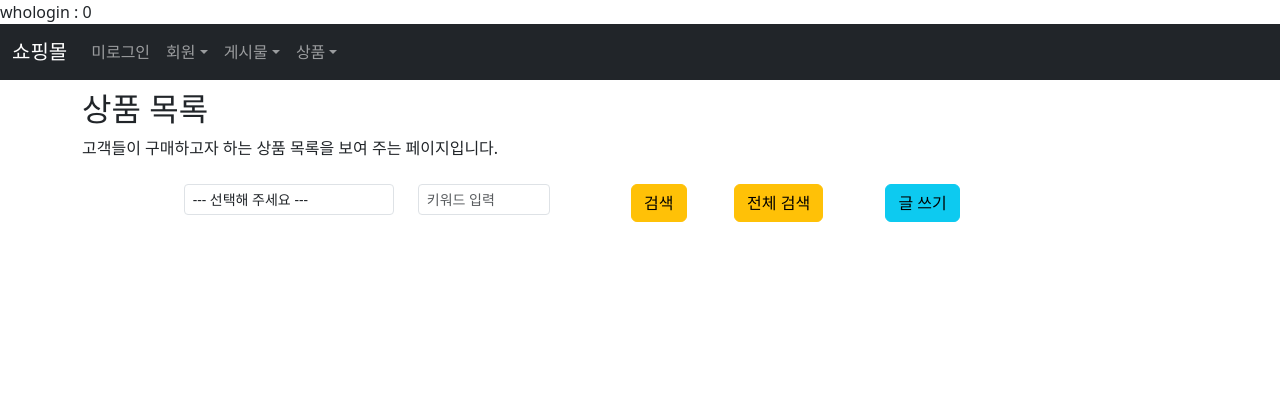
Repository: Sain-Clair/Team5
Page: http://localhost/Student/product/prList.jsp
An editor plug-in stored every save of this project. The page is shown before and after the next save, followed by the edit.
The browser window is 1280 px wide. The pictures show the whole page.
The page is served by Tomcat 9. Other server files are loaded and not shown. The template is opened directly, without the code that normally fills it, so the values that code supplies are empty.

Above is the page before, as saved 2023-09-07 03:48:51.

### Student/src/main/webapp/product/prList.jsp
<%@ page language="java" contentType="text/html; charset=UTF-8"
    pageEncoding="UTF-8"%>

<%@ include file="./../common/bootstrap5.jsp" %>
<%@ include file="./../common/common.jsp" %>
<!DOCTYPE html>
<html>
<head>
	<meta charset="UTF-8">
	<title>Insert title here</title>
	<script type="text/javascript">
		$(document).ready(function(){
			// Initialize popoveer
			var popoverTriggerList = [].slice.call(document.querySelectorAll('[data-bs-toggle="popover"]'))
			var popoverList = popoverTriggerList.map(function (popoverTriggerEl) {
  				return new bootstrap.Popover(popoverTriggerEl);
			});

		});
		/* select 선택 값 고정 */
		$(function() {
			var optionList = $('#mode option');
			for (var i = 0; i < optionList.length; i++) {
				if (optionList[i].value == '${requestScope.pageInfo.mode}') {
					optionList[i].selected = true;
				}
			}
			$('#keyword').val('${requestScope.pageInfo.keyword}');
		})

		function searchAll(){ //전체 검색
			location.href = '<%=notWithFormTag%>prList';
		}
		function writeForm() { // 글쓰기
			location.href = '<%=notWithFormTag%>prInsert';
		}
	</script>
	<style type="text/css">
		.container{margin-top: 10px;}
		/* table 셀의 수평 가운데 정렬 */
		.card{margin-left:auto;margin-right:auto;}
		.card-img-top{width:300px;height:300px;}
		.removeUnderLine{text-decoration-line: none;}
		#buttonList{margin-top:10px;}
		#updateAnchor, #deleteAnchor{opacity:0.8;}
	</style>
</head>
<body>
	<div class="container">
		<h2>상품 목록</h2>
		<p>고객들이 구매하고자 하는 상품 목록을 보여 주는 페이지입니다.</p>
		<table class="table table-borderless">
			<thead>
				<tr>
					<td colspan="7" align="right">
						<div class="row">
							<div class="col-sm-1"></div><!-- grid 화면을 12개로 분할. 그 중에 1 -->
							<div class="col-sm-10">
							<!-- //////////////// -->
								<form name="myform" action="<%=withFormTag%>" method="get">
									<input type="hidden" name="command" value="boList">
									<div class="row">
										<div class="col-sm-3 mode">
											<select class="form-control form-control-sm" id="mode" name="mode">
												<option value="all" selected="selected">--- 선택해 주세요 ---
												<option value="id">이름
												<option value="company">제조 회사
												<option value="category">카테고리
											</select>
										</div>
										<div class="col-sm-2 keyword">
											<input class="form-control form-control-sm" type="text" name="keyword" id="keyword" placeholder="키워드 입력">
										</div>
										<div class="col">
											<button type="submit" class="btn btn-warning form-control-sm" onclick="">검색</button>
										</div>
										<div class="col">
											<button type="button" class="btn btn-warning form-control-sm" onclick="searchAll();">전체 검색</button>
										</div>
										<div class="col">
											<button type="button" class="btn btn-info form-control-sm" onclick="writeForm();">글 쓰기</button>
										</div>
										<div class="col">${requestScope.pageInfo.pagingStatus}</div>
									</div>
								</form>
							<!-- //////////////// -->
							</div>
							<div class="col-sm-1"></div><!-- grid 화면을 12개로 분할. 그 중에 1 -->
						</div>
					</td>
				</tr>
			</thead>
			<tbody>
				<%-- from "product_column_size" in settings.txt file --%>
				<c:set var="colsu" value="${applicationScope.map['product_list_column_size']}"/>

				<c:forEach var="bean" items="${requestScope.datalist}" varStatus="status">
					<c:if test="${status.index mod colsu == 0}">
						<tr>
					</c:if>
					<td>
						<div class="card" style="width:19rem;">
							<a class="removeUnderLine"  href="prDetail02.jsp?pnum=${bean.pnum}">
								<img class="card-img-top" alt="${bean.name}" src="upload/${bean.image01}">
								<div class="card-body">
									<h5 class="card-title">${bean.name}</h5>
									<p class="card-text">
										<span data-bs-toggle="popover"
											title="${bean.name}"
											data-bs-trigger="hover"
											data-bs-content="${bean.contents}">
											<c:if test="${fn:length(bean.contents) >= 10}">
											 	${fn:substring(bean.contents, 0, 10)}...
											</c:if>
										</span>

										<c:if test="${fn:length(bean.contents) < 10}">
										 	${bean.contents}
										</c:if>
									</p>
	    							<c:if test="${whologin == 2}">
	    								<div id="buttonList">
	    									<a id="updateAnchor" class="btn btn-info" href="#">
		    									수정
		    								</a>
	    									<a id="deleteAnchor" class="btn btn-info" href="#">
		    									삭제
		    								</a>
	    								</div>
	    							</c:if>
								</div>
							</a>
						</div>
					</td>
					<c:if test="${status.index mod colsu == (colsu-1)}">
						</tr>
					</c:if>
				</c:forEach>
			</tbody>
		</table>
		${requestScope.pageInfo.pagingHtml}
	</div>
</body>
</html>

### Student/src/main/webapp/common/bootstrap5.jsp
<%@ page language="java" contentType="text/html; charset=UTF-8"
    pageEncoding="UTF-8"%>
<!DOCTYPE html>
<html>
<head>
	<meta charset="UTF-8">
	<meta name="viewport" content="width=device-width, initial-scale=1">
	<title>Insert title here</title>
	<!-- 이 파일은 부트 스트랩5를 사용하기 위한 공용 파일입니다. -->
	<!-- 부트 스트랩이 제이 쿼리를 참조하므로 반드시 jquery.js 선언이 먼저 되어야 합니다. -->
	<script type="text/javascript" src="${pageContext.request.contextPath}/js/jquery.js"></script>
	<script type="text/javascript" src="${pageContext.request.contextPath}/js/bootstrap.min.js"></script>
	<link rel="stylesheet" href="${pageContext.request.contextPath}/css/bootstrap.min.css">

	<link rel="stylesheet" href="${pageContext.request.contextPath}/css/jquery-ui.css">
  	<script type="text/javascript" src="${pageContext.request.contextPath}/js/jquery-ui.js"></script>
</head>
<body>

</body>
</html>

### Student/src/main/webapp/common/common.jsp
<%@page import="com.shopping.model.bean.Member"%>
<%@ page language="java" contentType="text/html; charset=UTF-8"
	pageEncoding="UTF-8"%>

<%
	// appName : 애플리케이션 이름(프로젝트 이름_Student)
	String appName = request.getContextPath();
	// in FrontController.java file
	String mappingName = "/Shopping";

	// form 태그에서 사용할 변수
	String withFormTag = appName + mappingName;

	// form 태그가 아닌 영역에서 사용할 변수 <a>
	String notWithFormTag = appName + mappingName +"?command=";

	/* out.print("프로젝트 이름 : " + appName + "<br/>") ;
	out.print("mappingName:" + mappingName +"<br/>");
	out.print("withFormTag:" + withFormTag +"<br/>");
	out.print("notWithFormTag:" + notWithFormTag +"<br/>"); */
%>

<%@page import="java.util.*"%>

<%-- jstl을 위한 태그 라이브러리 선언 --%>
<%@ taglib prefix="c" uri="http://java.sun.com/jsp/jstl/core" %>
<%@ taglib prefix="fn" uri="http://java.sun.com/jsp/jstl/functions" %>

<%-- include file="bootstrap5.jsp" --%>
<%
	// 이 코드들은 차후 삭제 예정
	/*Member mem = new Member() ;
	mem.setId("hong") ; // admin  hong
	mem.setName("홍길동") ; // 관리자  홍길동
	session.setAttribute("loginfo", mem);
	session.setAttribute("loginfo", null); // 미로그인

	// 경고성 Alert Box
	session.setAttribute("alertMessage", "아이디/비번 정보를 잘못 입력하셨습니다.");
	session.setAttribute("alertMessage", null);*/
%>

<!-- whologin 변수는 현재 로그인 상태를 알려 주는 변수입니다. -->
<!-- 미로그인(0) 일반 사용자(1) 관리자(2) -->
<c:set var="whologin" value="0"/>
<c:if test="${not empty sessionScope.loginfo}">
	<c:if test="${sessionScope.loginfo.id == 'admin'}">
		<c:set var="whologin" value="2"/>
	</c:if>
	<c:if test="${sessionScope.loginfo.id != 'admin'}">
		<c:set var="whologin" value="1"/>
	</c:if>
</c:if>
whologin : ${whologin}


<!DOCTYPE html>
<html>
<head>
	<meta charset="UTF-8">
	<title>Insert title here</title>
	<!-- 이 파일은 모든 문서에서 공용으로 참조할 파일입니다.  -->
	<!-- 자바 관련 변수 및 패키지 임포트, 네비게이션 바, jstl 등등 -->
	<!-- for sweet alert -->
	<script src="${pageContext.request.contextPath}/js/sweetalert.js"></script>
	<style>
		.alert-dismissible{margin: 10px;}
	</style>
</head>
<body>
	<nav class="navbar navbar-expand-sm bg-dark navbar-dark">
		<div class="container-fluid">
			<a class="navbar-brand" href="#">쇼핑몰</a>
			<button class="navbar-toggler" type="button"
				data-bs-toggle="collapse" data-bs-target="#collapsibleNavbar">
				<span class="navbar-toggler-icon"></span>
			</button>
			<div class="collapse navbar-collapse" id="collapsibleNavbar">
				<ul class="navbar-nav">
					<li class="nav-item">
						<c:if test="${whologin eq 0}">
							<a class="nav-link" href="#">미로그인</a>
						</c:if>
						<c:if test="${whologin ne 0}">
							<a class="nav-link" href="#">${sessionScope.loginfo.name}님</a>
						</c:if>
					</li>

					<!-- member section -->
					<li class="nav-item dropdown">
						<a class="nav-link dropdown-toggle" href="#" role="button"
							data-bs-toggle="dropdown">회원</a>
						<ul class="dropdown-menu">
							<c:if test="${whologin eq 0}"><!-- href 띄어쓰기 x -->
								<li><a class="dropdown-item" href="<%=notWithFormTag%>meInsert">회원 가입</a></li>
								<li><a class="dropdown-item" href="<%=notWithFormTag%>meLogin">로그인</a></li>
							</c:if>
							<c:if test="${whologin ne 0}">
								<li><a class="dropdown-item" href="#">정보 수정</a></li>
								<li><a class="dropdown-item" href="<%=notWithFormTag%>meLogout">로그아웃</a></li>
								<li><a class="dropdown-item" href="<%=notWithFormTag%>meDetail&id=${sessionScope.loginfo.id}">상세보기</a></li>
								<li><a class="dropdown-item" href="#">탈퇴하기</a></li>
							</c:if>
							<c:if test="${whologin eq 2}">
								<li><a class="dropdown-item" href="<%=notWithFormTag%>meList">목록 보기</a></li>
							</c:if>
						</ul>
					</li>

					<!-- board section -->
					<li class="nav-item dropdown">
						<a class="nav-link dropdown-toggle" href="#" role="button"
							data-bs-toggle="dropdown">게시물</a>
						<ul class="dropdown-menu">
							<c:if test="${whologin ne 0}">
								<li><a class="dropdown-item" href="<%=notWithFormTag%>boInsert">게시물 등록</a></li>
							</c:if>
							<li><a class="dropdown-item" href="<%=notWithFormTag%>boList">목록 보기</a></li>
						</ul>
					</li>
					<!-- product section -->
					<li class="nav-item dropdown">
						<a class="nav-link dropdown-toggle" href="#" role="button"
							data-bs-toggle="dropdown">상품</a>
						<ul class="dropdown-menu">
							<c:if test="${whologin eq 2}">
								<li><a class="dropdown-item" href="<%=notWithFormTag%>prInsert">상품 등록</a></li>
							</c:if>
							<li><a class="dropdown-item" href="<%=notWithFormTag%>prList">목록 보기</a></li>
						</ul>
					</li>

				</ul>
			</div>
		</div>
	</nav>

	<c:if test="${not empty sessionScope.alertMessage}">
		<%-- 사용자에게 주의/경고/오류 등을 알려 주기 위한 Alert Box --%>
		<div class="alert alert-danger alert-dismissible">
	    	<button type="button" class="btn-close" data-bs-dismiss="alert"></button>
	    	<strong>😂😒😂😒😂😒😂😒😂😒😂😒😂😒😂😒😂😒</strong> ${sessionScope.alertMessage}
	  	</div>
	</c:if>
	<%-- 보여준 Alert Box를 session 영역에서 제거합니다. --%>
	<c:remove var="alertMessage" scope="session"/>
</body>
</html>

Loaded but not shown: Student/src/main/webapp/js/jquery.js (library); Student/src/main/webapp/js/bootstrap.min.js (library); Student/src/main/webapp/css/bootstrap.min.css (library); Student/src/main/webapp/css/jquery-ui.css (library); Student/src/main/webapp/js/jquery-ui.js (library); Student/src/main/webapp/js/sweetalert.js (library)

After the next save:
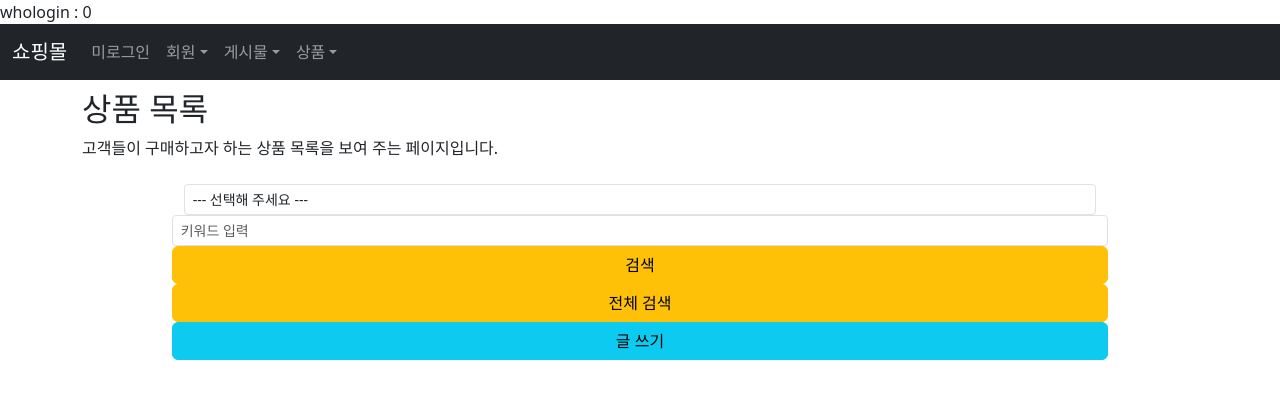
Saved 59 s later.
--- a/Student/src/main/webapp/product/prList.jsp
+++ b/Student/src/main/webapp/product/prList.jsp
@@ -60,7 +60,7 @@
 								<form name="myform" action="<%=withFormTag%>" method="get">
 									<input type="hidden" name="command" value="boList">
 									<div class="row">
-										<div class="col-sm-3 mode">
+										<div class="col-sm-12 mode">
 											<select class="form-control form-control-sm" id="mode" name="mode">
 												<option value="all" selected="selected">--- 선택해 주세요 ---
 												<option value="id">이름
@@ -68,20 +68,22 @@
 												<option value="category">카테고리
 											</select>
 										</div>
-										<div class="col-sm-2 keyword">
+
+
 											<input class="form-control form-control-sm" type="text" name="keyword" id="keyword" placeholder="키워드 입력">
-										</div>
-										<div class="col">
+
+
 											<button type="submit" class="btn btn-warning form-control-sm" onclick="">검색</button>
-										</div>
-										<div class="col">
+
+
 											<button type="button" class="btn btn-warning form-control-sm" onclick="searchAll();">전체 검색</button>
-										</div>
-										<div class="col">
+
+
 											<button type="button" class="btn btn-info form-control-sm" onclick="writeForm();">글 쓰기</button>
-										</div>
+
 										<div class="col">${requestScope.pageInfo.pagingStatus}</div>
-									</div>
+
+
 								</form>
 							<!-- //////////////// -->
 							</div>
